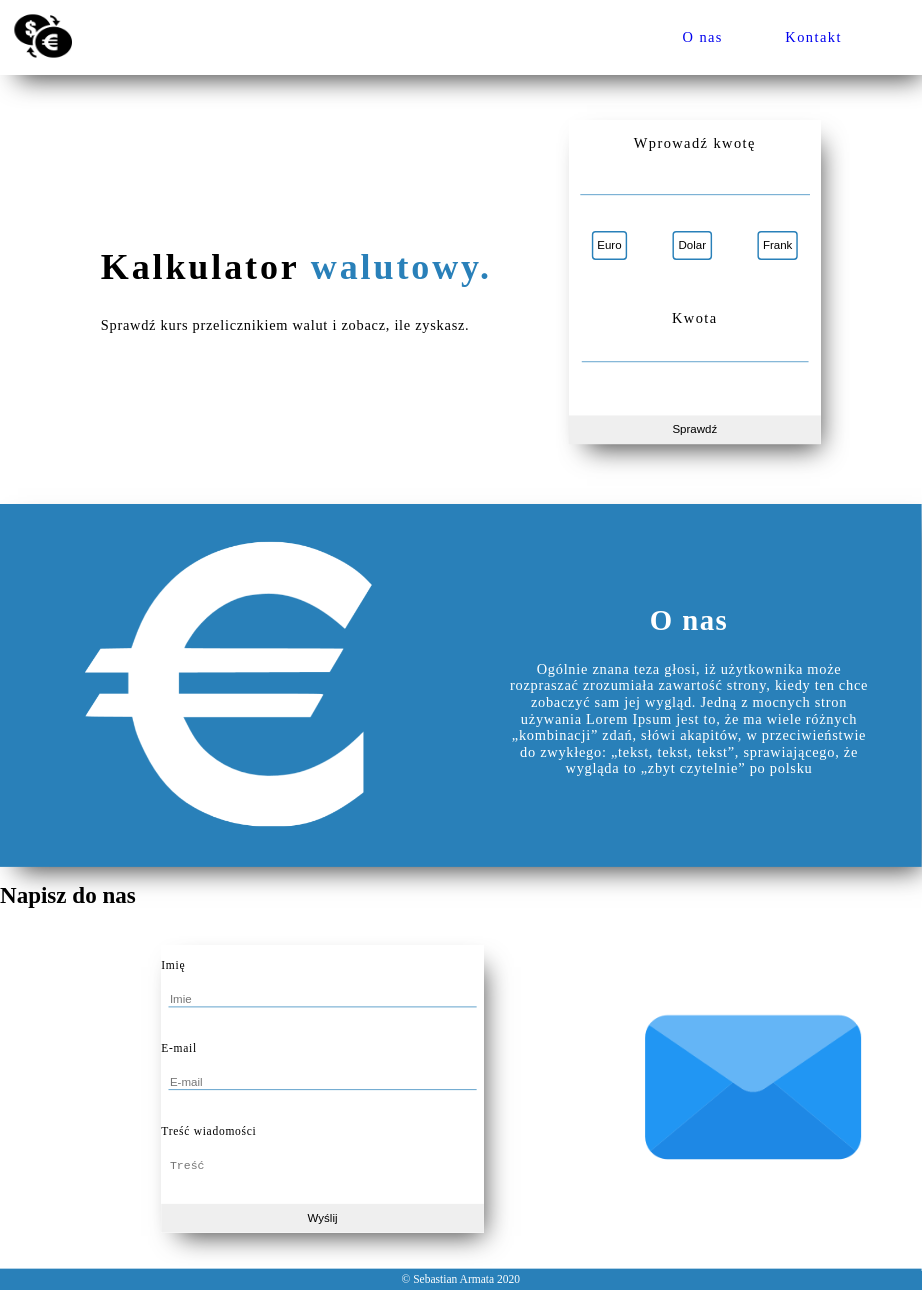
Repository: SebastianArmata22/Kalkulator-walut
Page: index.html
These files come from the project's save history. The page is drawn as it stood at one moment and after the next save; the edit follows.
The browser window is 1280 px wide. The pictures show the whole page, at 72% of full size.

Above is the page before, as saved 2020-10-24 18:32:45.

### index.html
<!DOCTYPE html>

<html>
    <head>
        <meta charset="utf-8">
        <meta http-equiv="X-UA-Compatible" content="IE=edge">
        <title>Kalkulator walut</title>
        <meta name="description" content="">
        <meta name="viewport" content="width=device-width, initial-scale=1">
        <link rel="stylesheet" href="style.css">
    </head>
    <body>

    <div class="container">
        <nav>
        <div class="menu-container">
            <div class="logo">
                <img src="./photos/logo.png">
            </div>
            <div class="menu">
                <ul>
                    <li><a href="#about-us">O nas</a></li>
                    <li><a href="#contact">Kontakt</a></li>
                </ul>
            </div>
        </div>
        </nav>
        <section>
        <div class="main-content">
            <div class="calculator-content">
            <div class="text">
                <h1>Kalkulator <span>walutowy.</span></h1>
                <p>Sprawdź kurs przelicznikiem walut i zobacz, ile zyskasz.</p>
            </div>
            <div class="calculator ">
                <label for="inputNumber" class="text-label">Wprowadź kwotę</label><br>
                <input type="text" id="inputNumber">
                    <div class="inp-div">
                        <button id="euro">Euro</button>
                        <button id="euro">Dolar</button>
                        <button id="euro">Frank</button>
                    </div>
                <label for="outputNumber" class="text-label"> Kwota</label><br>
                <div id="outputNumber"></div>
                <button id="check">Sprawdź</button>
            </div>
        </div>
        <div class="about-us" id="about-us">
            <div class="photo-euro">
                <img src="./photos/euro-512.png">
            </div>
            <div class="abous-us-contact">
                <h1>O  nas</h1>
                <p>Ogólnie  znana  teza  głosi,  iż  użytkownika  może  rozpraszać  zrozumiała
                    zawartość  strony, kiedy ten chce zobaczyć sam jej wygląd.
                    Jedną z mocnych stron używania Lorem Ipsum jest to, że ma wiele różnych
                     „kombinacji” zdań, słówi akapitów, w przeciwieństwie do zwykłego: „tekst,
                        tekst,   tekst”,   sprawiającego,   że   wygląda   to   „zbyt   czytelnie”
                           po   polsku</p>
            </div>
        </div>
        </section>
        <h1>Napisz do nas</h1>
        <div class="contact" id="contact">

            <div class="contact-form-container">
            <form class="contact-form">
                <label for="">Imię</label><br />
                <input class="name" type="text" placeholder="Imie"><br />
                <label for="">E-mail</label><br />
                <input class="email" type="email" placeholder="E-mail"><br />
                <label for="">Treść wiadomości</label><br />
                <textarea class="text-area"  placeholder="Treść"></textarea>
                <button class="">Wyślij</button>

            </form>
        </div>
            <div class="contact-img">
                <img src="./photos/email.png">
            </div>
        </div>
    </div>
    <footer>
        <div class="footer">
            <p>© Sebastian Armata 2020</p>
        </div>
    </footer>
    </div>
        <script src="script.js" ></script>
    </body>
</html>

### style.css
body{
    margin: 0;
    padding: 0;
    box-sizing: border-box;
}
.container{
width: 100%;
}
.menu-container{
    position: relative;
    display: flex;
    align-items: center;
    box-shadow: 12px 18px 35px -13px rgba(0,0,0,0.75);
}
.logo img{
    position: relative;
    top: 0;
    left: 0;
    height: 60px;
    width: 80px;
    padding: 20px;
}
.menu{

    position: absolute;
    right: 0;
   margin-right: 50px;
}
.menu ul li{
    display: inline-flex;
    justify-content: space-around;
}
.menu ul li a{
    display: flex;
    text-decoration: none;
    height: 50px;
    width: 100px;
    justify-content: center;
    align-items: center;
    font-size: 20px;
    letter-spacing: 2px;
    margin-right: 50px;
}

.menu ul li a:hover{
    border-bottom: 5px solid #2980b9;
    margin-bottom: -5px;
    transition: all 0.3s ease-out;

}
.main-content{
    display: flex;
    align-items: center;
    justify-content: center;
    flex-wrap: wrap;
}
.calculator-content{
    min-width: 1000px;
    height: 80vh;
    display: flex;
    align-items: center;
    justify-content:space-between;
}
.calculator{
    display: flex;
    flex-direction: column;
    box-shadow: 12px 18px 35px -13px rgba(0,0,0,0.75);
    height: 450px;
    width: 350px;
    text-align: center;
}
.text h1{
    font-size: 50px;
    letter-spacing: 4px;
}
.text p{
    font-size: 20px;
    letter-spacing: 1px;

}
#outputNumber{
    width: 90%;
    height: 30px;
    border-bottom: 1px solid #2980b9;
    margin: auto;
    margin-top: 0;

}
.calculator button{
    height: 40px;
    border-style: none;
    font-size: 16px;
}
.calculator button:hover{
    background-color: #2980b9;
    color: white;
    transition: all 0.3s ease-out;
}
.inp-div button{
    border: 2px solid #2980b9;
    background-color: white;
    border-radius: 5px;
}
.calculator input[type=text]{
    border-style: none;
    height: 40px;
    border-bottom: 1px solid #2980b9;
    width: 90%;
    margin: auto;
    margin-top: 0px;
    margin-bottom: 50px;
}
.text-label{
    margin-top: 20px;
    font-size: 20px;
    letter-spacing: 2px;
}

.inp-div{
    display: flex;
    flex-direction: row;
    align-items: center;
    justify-content: space-around;

}

.inp-div button{
margin-bottom: 50px;
}
.text span{
    color: #2980b9;
}
.about-us{
    display: flex;
    justify-content: space-around;
    align-items: center;
    margin-top: 20px;
    text-align: center;
    background-color: #2980b9;
    box-shadow: 12px 18px 35px -13px rgba(0,0,0,0.75);
}
.about-us img{
    height: 400px;
}
.abous-us-contact{
    width: 40%;
}
.abous-us-contact h1{
    letter-spacing: 2px;
    font-size: 40px;
    color: white;
}
.abous-us-contact p{
    font-size: 20px;
    letter-spacing: 1px;
    color: white;

}
.photo-euro{
    padding: 50px;
}
.contact{
    display: flex;
    align-items: center;
    justify-content: space-s;
    margin: 50px 0 50px 0;
}
.contact-form{
    display: flex;
    flex-direction: column;
    box-shadow: 12px 18px 35px -13px rgba(0,0,0,0.75);
    width: 50%;
    height: 400px;
    position: relative;
    text-align: left;
    letter-spacing: 1px;

}
.contact-form input {
    margin: 10px;
    border-style: none;
    border-bottom: 1px solid #2980b9;
    font-size: 16px;

}
.contact-form textarea
{
    margin: 10px;
    height: 100px;
    border-style: none;
    border-bottom: 1px solid #2980b9;
    font-size: 16px;
}
.contact-form label {
    margin: 20px 0 0 0;
}
.contact-form button{
position: absolute;
bottom: 0;
width: 100%;
height: 40px;
border-style: none;
font-size: 16px;
}
.contact-form button:hover{
    background-color: #2980b9;
    color: white;
    transition: all 0.3s ease-out;
}

.contact-form-container{
    width: 70%;
    display: flex;
    align-items: center;
    justify-content: center;
}
.contact-img img{
max-width: 300px;

}
.footer{
    display: flex;
    align-items: center;
    justify-content: center;
    background-color: #2980b9;
    color: white;
    height: 30px;
}

Loaded but not shown: script.js (no copy from this time; the picture is the same without it)

After the next save:
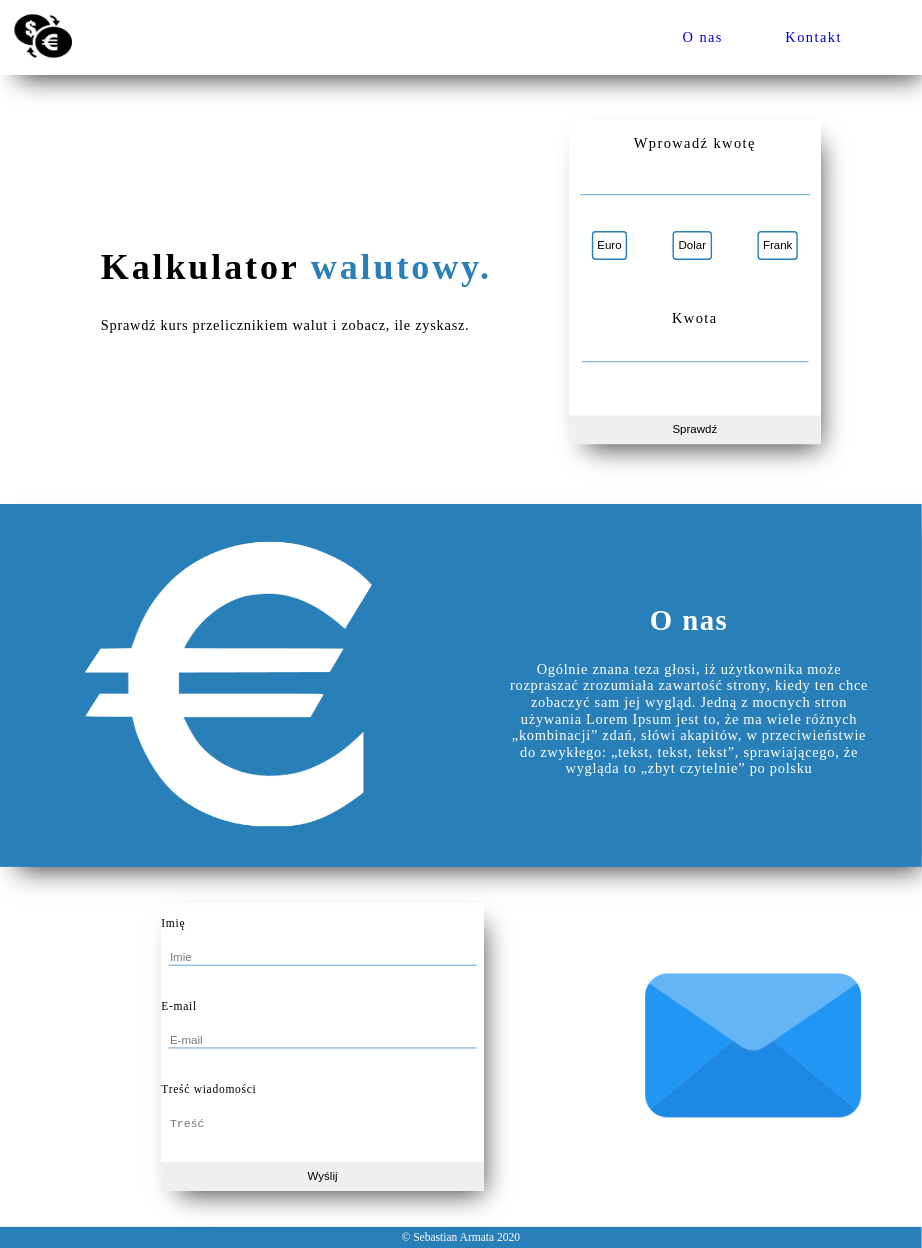
Saved 15 s later.
--- a/index.html
+++ b/index.html
@@ -60,9 +60,7 @@
             </div>
         </div>
         </section>
-        <h1>Napisz do nas</h1>
         <div class="contact" id="contact">
-
             <div class="contact-form-container">
             <form class="contact-form">
                 <label for="">Imię</label><br />
